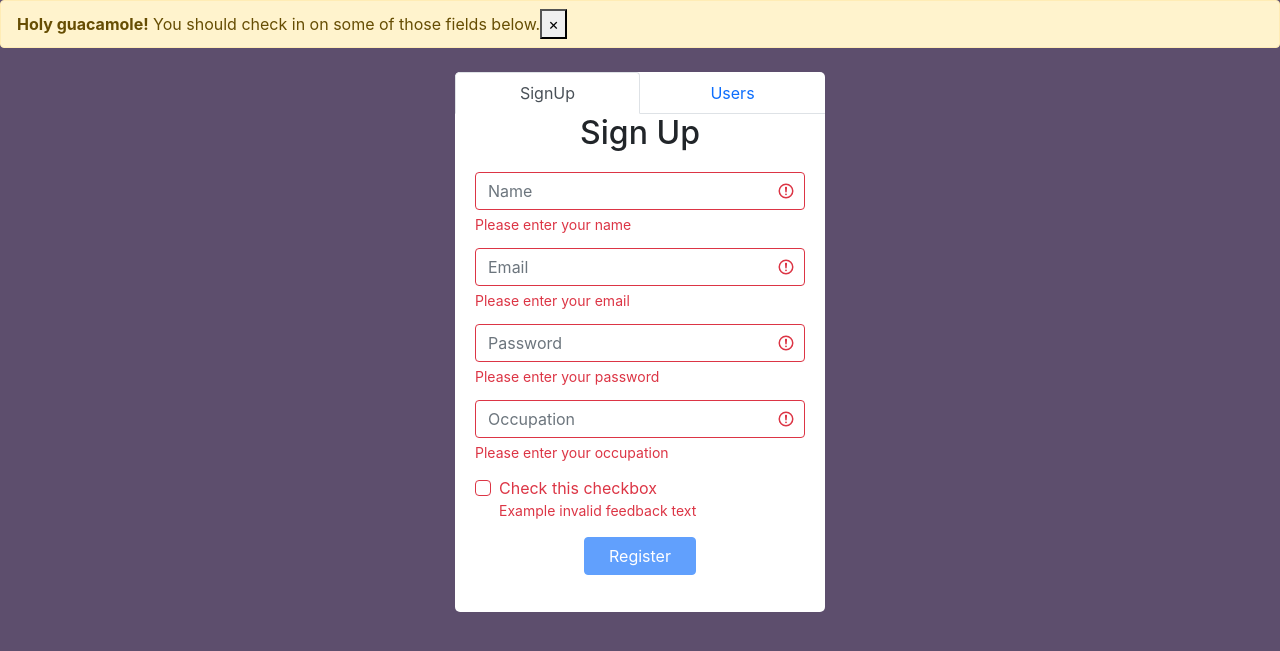
Repository: asadalibest1/SignUp-from
Page: /
An editor plug-in stored every save of this project. The page is shown before and after the next save, followed by the edit.
The browser window is 1280 px wide. The pictures show the whole page.
The project was rebuilt for these pictures with package versions that can differ from the ones it lists, and the page was loaded fresh each time.

Above is the page before, as saved 2021-02-09 16:36:23.

### public/index.html
<!DOCTYPE html>
<html lang="en">
  <head>
    <meta charset="utf-8" />
    <link rel="icon" href="%PUBLIC_URL%/favicon.png" />
    <meta name="viewport" content="width=device-width, initial-scale=1" />
    <meta name="theme-color" content="#000000" />
    <meta
      name="description"
      content="Web site created using create-react-app"
    />
    <link rel="apple-touch-icon" href="%PUBLIC_URL%/logo192.png" />
    <!--
      manifest.json provides metadata used when your web app is installed on a
      user's mobile device or desktop. See https://developers.google.com/web/fundamentals/web-app-manifest/
    -->
    <link rel="manifest" href="%PUBLIC_URL%/manifest.json" />
    <!--
      Notice the use of %PUBLIC_URL% in the tags above.
      It will be replaced with the URL of the `public` folder during the build.
      Only files inside the `public` folder can be referenced from the HTML.

      Unlike "/favicon.ico" or "favicon.ico", "%PUBLIC_URL%/favicon.ico" will
      work correctly both with client-side routing and a non-root public URL.
      Learn how to configure a non-root public URL by running `npm run build`.
    -->
    <!-- Bootstrap -->
    <link href="https://cdn.jsdelivr.net/npm/bootstrap@5.0.0-beta1/dist/css/bootstrap.min.css" rel="stylesheet" integrity="sha384-giJF6kkoqNQ00vy+HMDP7azOuL0xtbfIcaT9wjKHr8RbDVddVHyTfAAsrekwKmP1" crossorigin="anonymous">
    <title>Sign Up</title>
  </head>
  <body>
    <noscript>You need to enable JavaScript to run this app.</noscript>
    <div id="root"></div>
    <!--
      This HTML file is a template.
      If you open it directly in the browser, you will see an empty page.

      You can add webfonts, meta tags, or analytics to this file.
      The build step will place the bundled scripts into the <body> tag.

      To begin the development, run `npm start` or `yarn start`.
      To create a production bundle, use `npm run build` or `yarn build`.
    -->
    <script src="https://cdn.jsdelivr.net/npm/bootstrap@5.0.0-beta1/dist/js/bootstrap.bundle.min.js" integrity="sha384-ygbV9kiqUc6oa4msXn9868pTtWMgiQaeYH7/t7LECLbyPA2x65Kgf80OJFdroafW" crossorigin="anonymous"></script>
  </body>
</html>

### src/index.css
body {
  margin: 0;
  font-family: -apple-system, BlinkMacSystemFont, 'Segoe UI', 'Roboto', 'Oxygen',
    'Ubuntu', 'Cantarell', 'Fira Sans', 'Droid Sans', 'Helvetica Neue',
    sans-serif;
  -webkit-font-smoothing: antialiased;
  -moz-osx-font-smoothing: grayscale;
  background-color: #5D4E6D;
}

code {
  font-family: source-code-pro, Menlo, Monaco, Consolas, 'Courier New',
    monospace;
}

### src/App.js
import React from 'react'
import App1 from "./components/App1/App1"

export default function App() {
  return (
    <div>
      <App1 />
    </div>
  )
}

### src/components/App1/App1.js
import React from 'react'
import Tabs from '../Tabs/Tabs'

export default function App1() {

    // function Chnage() {
    //     document.getElementsByClassName("alertea")[0].style.display = "none";
    // }
    return (
        <div>
            {/* <div class="alertea alert alert-warning alert-dismissible fade show" role="alert">
                <strong>Holy guacamole!</strong> You should check in on some of those fields below.
                        <button type="button" class="close" onClick={Chnage} data-dismiss="alert" aria-label="Close">
                    <span aria-hidden="true">&times;</span>
                </button>
            </div> */}

            <Tabs />
        </div>
    )
}

### src/features/counter/counterSlice.js
import { createSlice } from '@reduxjs/toolkit';
const data = [
  {name: "saad", email: "saad@gmail.com", password: "qwerty", occupation: "petrolium engee"},
  {name: "asad", email: "asad@gmail.com", password: "asdfg", occupation: "wed dev"}
]
export const counterSlice = createSlice({
  name: 'counter',

  initialState: {
    data: data,
    value: 0,
    name: "saad",
  },
  reducers: {
    increment: (state, action) => {
      state.value = action.payload;
    },
    decrement: (state, action) => {
      state.value = action.payload;
    },
    changeName: (state, action) => {
      state.name = action.payload;
    },
    setData: (state, action) => {
      state.data = action.payload;
    },
  },
});


export const { increment, decrement, changeName, setData } = counterSlice.actions;

// The function below is called a thunk and allows us to perform async logic. It
// can be dispatched like a regular action: `dispatch(incrementAsync(10))`. This
// will call the thunk with the `dispatch` function as the first argument. Async
// code can then be executed and other actions can be dispatched

// export const incrementAsync = amount => dispatch => {
//   setTimeout(() => {
//     dispatch(incrementByAmount(amount));
//   }, 1000);
// };

// The function below is called a selector and allows us to select a value from
// the state. Selectors can also be defined inline where they're used instead of
// in the slice file. For example: `useSelector((state) => state.counter.value)`

export const selectCount = state => state.counter.value;
export const name = state => state.counter.name;
export const Data = state => state.counter.data;

export default counterSlice.reducer;

### src/components/Tabs/Tabs.js
import React from 'react'
import SignUp from "../SignUp/SignUp"
import Users from "../Users/Users"
import "./Tabs.css"

export default function Tabs() {
    return (
        <div className="tabs-main">
            <div className="tabs">

                <ul className="nav nav-tabs" id="myTab" role="tablist">
                    <li className="nav-item text-center w-50" role="presentation">
                        <a className="nav-link active" id="signUp-tab" data-bs-toggle="tab" href="#signUp" role="tab" aria-controls="signUp" aria-selected="true">SignUp</a>
                    </li>
                    <li className="nav-item text-center w-50" role="presentation">
                        <a className="nav-link" id="users-tab" data-bs-toggle="tab" href="#users" role="tab" aria-controls="users" aria-selected="false">Users</a>
                    </li>
                </ul>
                <div className="tab-content" id="myTabContent">
                    <div className="tab-pane fade show active" id="signUp" role="tabpanel" aria-labelledby="signUp-tab">
                        <SignUp />
                    </div>
                    <div className="tab-pane fade" id="users" role="tabpanel" aria-labelledby="users-tab">

                        <Users />
                    </div>
                </div>


            </div>
        </div>
    )
}

### src/components/SignUp/SignUp.js
import React from 'react'
import "./SignUp.css"

import { useSelector, useDispatch } from 'react-redux';
import {
  decrement,
  increment,
  selectCount,
  changeName,
  Data,
  setData,
} from '../../features/counter/counterSlice';


export default function SignUp() {

  const count = useSelector(selectCount);
  const dispatch = useDispatch();
  const data = useSelector(Data);

  const [name, setName] = React.useState("");
  const [email, setEmail] = React.useState("");
  const [password, setPassword] = React.useState("");
  const [occupation, setOccupation] = React.useState("");
  const [selectOption, setSelectOption] = React.useState(false);

  var match = null;

  React.useEffect(() => {

    const Button = document.querySelector(".submitButton button");

    if (name === "",
      email === "",
      password === "",
      occupation === "",
      selectOption === false) {

      Button.setAttribute("disabled", "disabled");

    } else {
      Button.removeAttribute("disabled");
    }

  }, [name, email, password, occupation, selectOption])

  function submit(e) {
      e.preventDefault();
    // const checkEmail = /^(([^<>()[\]\\.,;:\s@\"]+(\.[^<>()[\]\\.,;:\s@\"]+)*)|(\".+\"))@((\[[0-9]{1,3}\.[0-9]{1,3}\.[0-9]{1,3}\.[0-9]{1,3}\])|(([a-zA-Z\-0-9]+\.)+[a-zA-Z]{2,}))$/;
    // if (checkEmail.test(email) === true){
      for (let i = 0; i < data.length; i++) {

        if (data[i].email === email) {
          match = true;
          break;
        } else {
          match = false;
        }
      }
// }

    if (match === false){

      dispatch(setData([...data, {name, email, password, occupation}]))

    }if (match === true){
      alert("Email already taken!")
    }
  }

    function Chnage() {
        document.getElementsByClassName("alertea")[0].style.display = "none";
    }

  return (
    <div className="SignUp">


<div class="alertea alert alert-warning alert-dismissible fade show py-2" role="alert">
                <strong>Holy guacamole!</strong> You should check in on some of those fields below.
                        <button type="button" class="close" onClick={Chnage} data-dismiss="alert" aria-label="Close">
                    <span aria-hidden="true">&times;</span>
                </button>
            </div>


      <h2 className="text-center">Sign Up</h2>

      <form className="was-validated">

        <div className="mb-3">
          <input type="name" className="form-control" id="validationInput" onChange={(e) => setName(e.target.value)} placeholder="Name" required />
          <div className="invalid-feedback">
            Please enter your name
    </div>
        </div>

        <div className="mb-3">
          <input type="email" className="form-control" id="validationInput" onChange={(e) => setEmail(e.target.value)} placeholder="Email" required />
          <div className="invalid-feedback emailerr">
            Please enter your email
    </div>
        </div>

        <div className="mb-3">
          <input type="password" className="form-control" id="validationInput" onChange={(e) => setPassword(e.target.value)} placeholder="Password" required />
          <div className="invalid-feedback">
            Please enter your password
    </div>
        </div>

        <div className="mb-3">
          <input type="text" className="form-control" id="validationInput" onChange={(e) => setOccupation(e.target.value)} placeholder="Occupation" required />
          <div className="invalid-feedback">
            Please enter your occupation
    </div>
        </div>


        <div className="radioButton form-check mb-3">
          <input type="checkbox" className="form-check-input" onClick={() => setSelectOption(!selectOption)} id="validationFormCheck1" required />
          <label className="form-check-label" for="validationFormCheck1">Check this checkbox</label>
          <div className="invalid-feedback">Example invalid feedback text</div>
        </div>


        <div className="submitButton mb-3 text-center">
          <button className="btn btn-primary px-4" type="submit"
            onClick={submit}
          >Register</button>
        </div>
      </form>

      {/* <p>{count}</p> */}
      {/* <p>{count}</p>
<button onClick={() => dispatch(increment(count+1))} >increment</button>
<button onClick={() => dispatch(decrement(count-1))} >decrement</button>
<p>{Name}</p>
<button onClick={() => dispatch(changeName("sharif"))} >changeName</button> */}

    </div>
  )
}

### src/components/Users/Users.js
import React from 'react'
import "./Users.css"

import { useSelector, useDispatch } from 'react-redux';

import {
  Data,
} from '../../features/counter/counterSlice';

export default function Users() {

  const data = useSelector(Data);

  return (
    <div className="users">

      <div className="tabpanel" role="tabpanel">
        <div className="panel-coloumn mt-3">
          <div className="list-group" id="myList" role="tablist">

            {
              data.map((item, ind) => {
                return <a className="list-group-item list-group-item-action" data-bs-toggle="list" href={"#target" + ind} role="tab">{item.name}</a>
              })
            }

          </div>
        </div>

        <div className="tab-content">

          {
            data.map((item, ind) => {

              return <div className="tab-pane" id={"target" + ind} role="tabpanel" key={ind}>
                <ul className="list-group list-group-flush">
                  <li className="list-group-item">Name: {item.name}</li>
                  <li className="list-group-item">Email: {item.email}</li>
                  <li className="list-group-item">Password: {item.password}</li>
                  <li className="list-group-item">Occupation: {item.occupation}</li>
                </ul>
              </div>
            })
          }
        </div>
      </div>
    </div>
  )
}

### src/components/Tabs/Tabs.css
.tabs{
    width: 370px;
    height: 75vh;
    background-color: white;
    margin: auto auto;
    margin-top: 10vh;
    border-radius: 5px;
    overflow: hidden;
}

### src/components/SignUp/SignUp.css
.SignUp form{
    margin: 20px;
}
.SignUp form > div{
    /* border: 1px solid black; */
    height: 60px;
}

.SignUp form .radioButton{
    /* border: 1px solid black; */
    height: 45px;
}
.radioButton div{
    /* border: 1px solid black; */
    margin: 0;
}

.SignUp .alertea {
    position: absolute;
    top: 0;
    left: 0;
    width: 100%;
    padding: 15px auto;
}

@media (max-width: 800px) {
    /* .SignUp form{
        margin-top: 3vh;
    } */
    .SignUp h2 {
        margin: 30px auto;
        font-size: 34px;
    }
    .SignUp form > div{
        height: 65px;
    }
    .SignUp form button{
        margin-top: 15px;
    }

}

### src/components/Users/Users.css
.users .tabpanel{
    display: flex;
    flex-direction: row;
    overflow: auto;
}
.users .tabpanel a{
    border-radius: 0;
}

.users .tab-content{
    height: fit-content;
    margin-top: 20px;
    margin-left: 20px;
}

.panel-coloumn{
    border-right: 1px solid rgb(240, 223, 223);
    height: 500px;
    width: 120px;
}

Loaded but not shown: src/index.js (common file); src/app/store.js (common file); src/serviceWorker.js (common file)

After the next save:
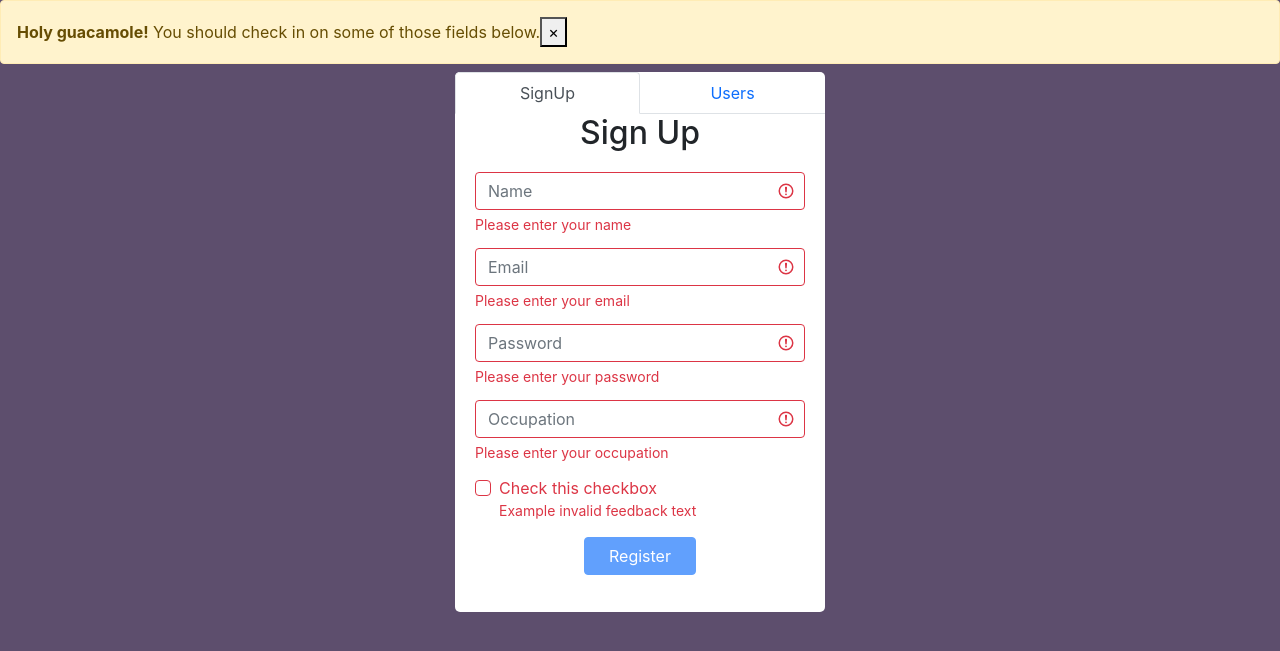
Saved 8 s later.
--- a/src/components/SignUp/SignUp.js
+++ b/src/components/SignUp/SignUp.js
@@ -76,7 +76,7 @@
     <div className="SignUp">
 
 
-<div class="alertea alert alert-warning alert-dismissible fade show py-2" role="alert">
+<div class="alertea alert alert-warning alert-dismissible fade show py-3" role="alert">
                 <strong>Holy guacamole!</strong> You should check in on some of those fields below.
                         <button type="button" class="close" onClick={Chnage} data-dismiss="alert" aria-label="Close">
                     <span aria-hidden="true">&times;</span>

After the save that followed:
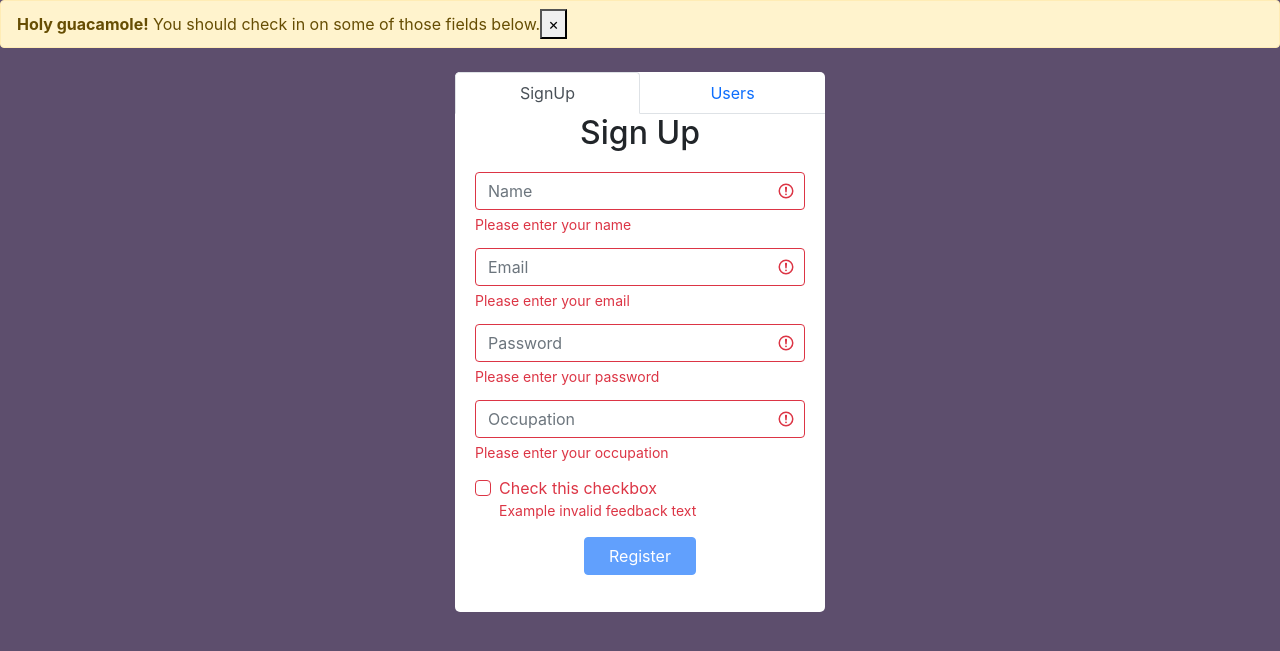
Saved 4 s later.
--- a/src/components/SignUp/SignUp.js
+++ b/src/components/SignUp/SignUp.js
@@ -76,7 +76,7 @@
     <div className="SignUp">
 
 
-<div class="alertea alert alert-warning alert-dismissible fade show py-3" role="alert">
+<div class="alertea alert alert-warning alert-dismissible fade show py-2" role="alert">
                 <strong>Holy guacamole!</strong> You should check in on some of those fields below.
                         <button type="button" class="close" onClick={Chnage} data-dismiss="alert" aria-label="Close">
                     <span aria-hidden="true">&times;</span>
